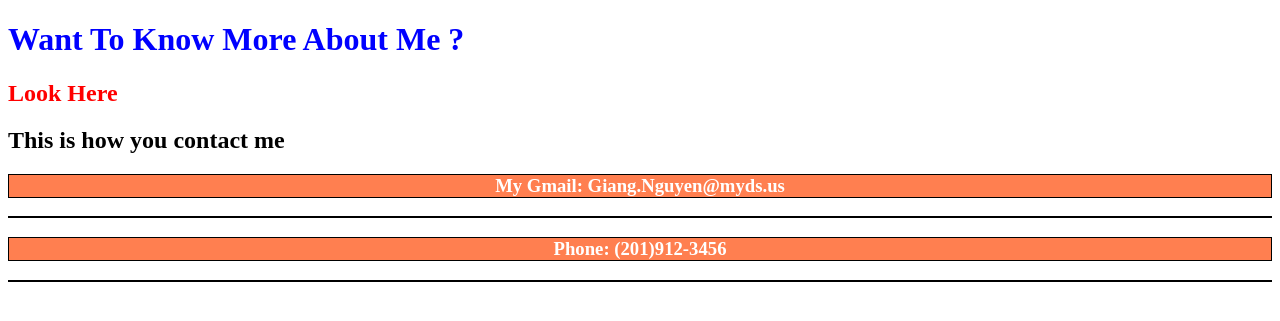
Repository: GiangNguyen2805/GiangNguyen2805.github.io
Page: contactme.html
The author's editor kept a record of every edit. The page is drawn from the files as they stood at one moment, then again after the next edit.
The browser window is 1280 px wide. The pictures show the whole page.

Above is the page before.

After the next edit:
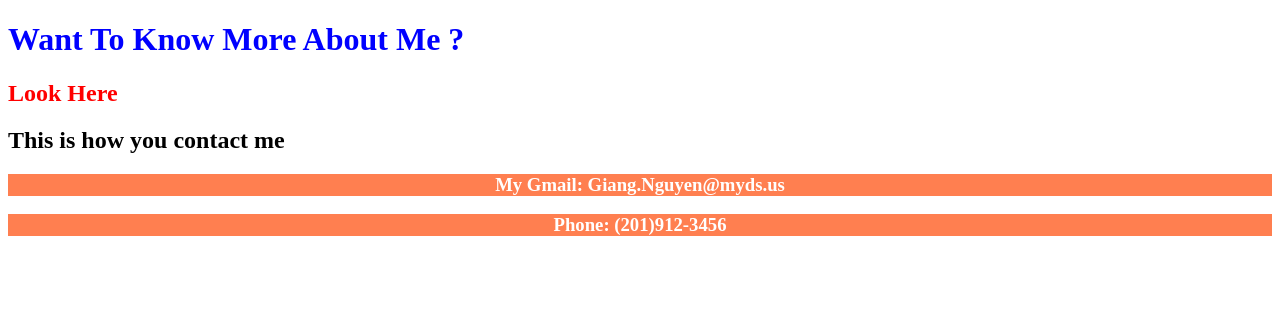
The edit:
--- a/contactme.html
+++ b/contactme.html
@@ -7,7 +7,7 @@
       color: white;
       background-color: coral;
       padding: 0px;
-      border: 1px solid black;
+
     }
 </style>
 
